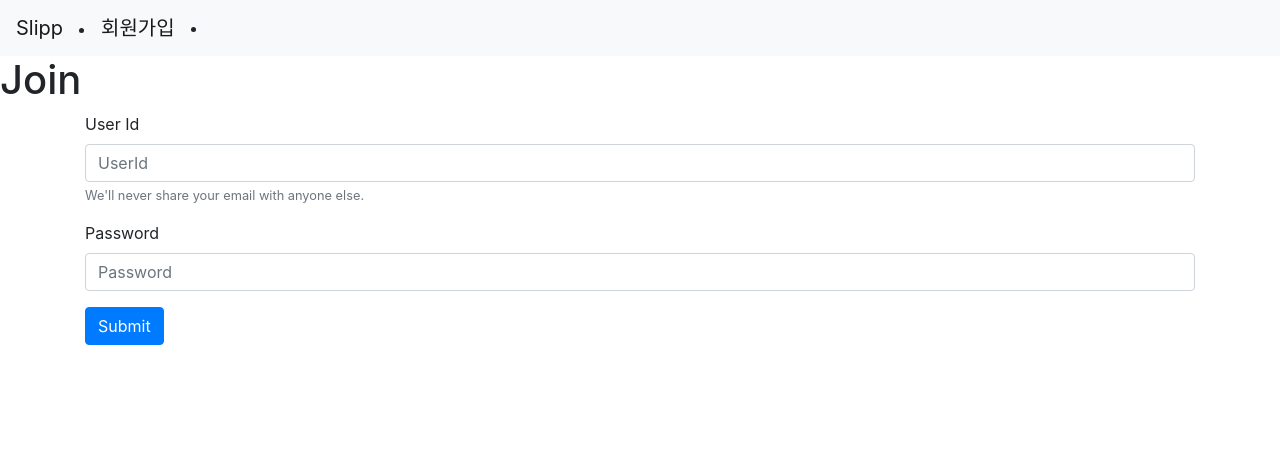
Repository: moonseoklee/SpringbootEx2
Page: my-slipp/src/main/resources/static/form.html
These files come from the project's save history. The page is drawn as it stood at one moment and after the next save; the edit follows.
The browser window is 1280 px wide. The pictures show the whole page.

Above is the page before, as saved 2019-08-08 07:17:29.

### my-slipp/src/main/resources/static/form.html
<!doctype html>
<html lang="en">
  <head>
    <!-- Required meta tags -->
    <meta charset="utf-8">
    <meta name="viewport" content="width=device-width, initial-scale=1, shrink-to-fit=no">

    <!-- Bootstrap CSS -->
    <link rel="stylesheet" href="https://stackpath.bootstrapcdn.com/bootstrap/4.3.1/css/bootstrap.min.css" integrity="sha384-ggOyR0iXCbMQv3Xipma34MD+dH/1fQ784/j6cY/iJTQUOhcWr7x9JvoRxT2MZw1T" crossorigin="anonymous">

    <title>Hello, world!</title>
  </head>
  <body>
  <nav class="navbar navbar-expand-lg navbar-light bg-light">
	  <a class="navbar-brand" href="#">Slipp</a>

   	<div class="collapse navbar-collapse" id="navbarSupportedContent">
	    <li><a class="navbar-brand" href="/form.html">회원가입</a><li>
  	</div>
  </nav>
    <h1>Join</h1>
    <div class="container">
	<form>
  <div class="form-group">
    <label for="userId">User Id</label>
    <input type="text" class="form-control" id="exampleInputEmail1" aria-describedby="emailHelp" placeholder="UserId">
    <small id="emailHelp" class="form-text text-muted">We'll never share your email with anyone else.</small>
  </div>
  <div class="form-group">
    <label for="exampleInputPassword1">Password</label>
    <input type="password" class="form-control" id="exampleInputPassword1" placeholder="Password">
  </div>

  <button type="submit" class="btn btn-primary">Submit</button>
</form>
</div>
    <!-- Optional JavaScript -->
    <!-- jQuery first, then Popper.js, then Bootstrap JS -->
    <script src="https://code.jquery.com/jquery-3.3.1.slim.min.js" integrity="sha384-q8i/X+965DzO0rT7abK41JStQIAqVgRVzpbzo5smXKp4YfRvH+8abtTE1Pi6jizo" crossorigin="anonymous"></script>
    <script src="https://cdnjs.cloudflare.com/ajax/libs/popper.js/1.14.7/umd/popper.min.js" integrity="sha384-UO2eT0CpHqdSJQ6hJty5KVphtPhzWj9WO1clHTMGa3JDZwrnQq4sF86dIHNDz0W1" crossorigin="anonymous"></script>
    <script src="https://stackpath.bootstrapcdn.com/bootstrap/4.3.1/js/bootstrap.min.js" integrity="sha384-JjSmVgyd0p3pXB1rRibZUAYoIIy6OrQ6VrjIEaFf/nJGzIxFDsf4x0xIM+B07jRM" crossorigin="anonymous"></script>
  </body>
</html>

After the next save:
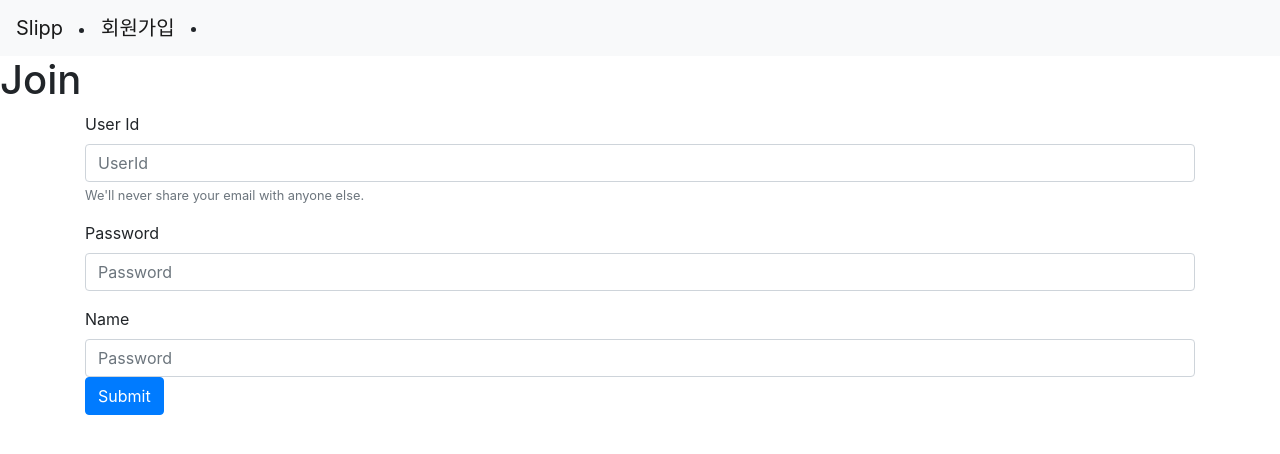
Saved 45 s later.
--- a/my-slipp/src/main/resources/static/form.html
+++ b/my-slipp/src/main/resources/static/form.html
@@ -27,8 +27,12 @@
     <small id="emailHelp" class="form-text text-muted">We'll never share your email with anyone else.</small>
   </div>
   <div class="form-group">
-    <label for="exampleInputPassword1">Password</label>
+    <label for="password">Password</label>
     <input type="password" class="form-control" id="exampleInputPassword1" placeholder="Password">
+  </div>
+   <div class="이름">
+    <label for="exampleInputPassword1">Name</label>
+    <input type="text" class="form-control" id="exampleInputPassword1" placeholder="Password">
   </div>
 
   <button type="submit" class="btn btn-primary">Submit</button>
